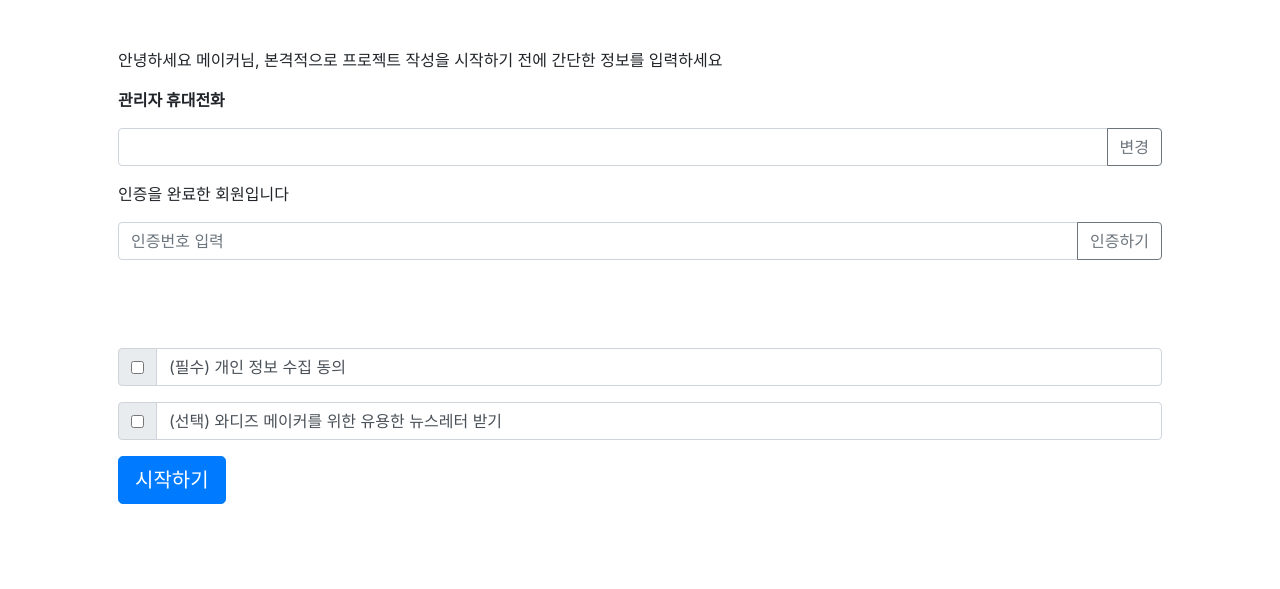
Repository: KIMJOOYEON97/springStudy
Page: http://localhost/interact_funding/WEB-INF/views/funding/fundingStart1.jsp
The author's editor kept a copy of each file at every save. The page is drawn from the files as they stood at one save, then again after the next save.
The browser window is 1280 px wide. The pictures show the whole page.
The page is served by Tomcat 9. Nobody is signed in. The template is opened directly, without the code that normally fills it, so the values that code supplies are empty.

Above is the page before, as saved 2021-06-07 11:54:59.

After the next save:
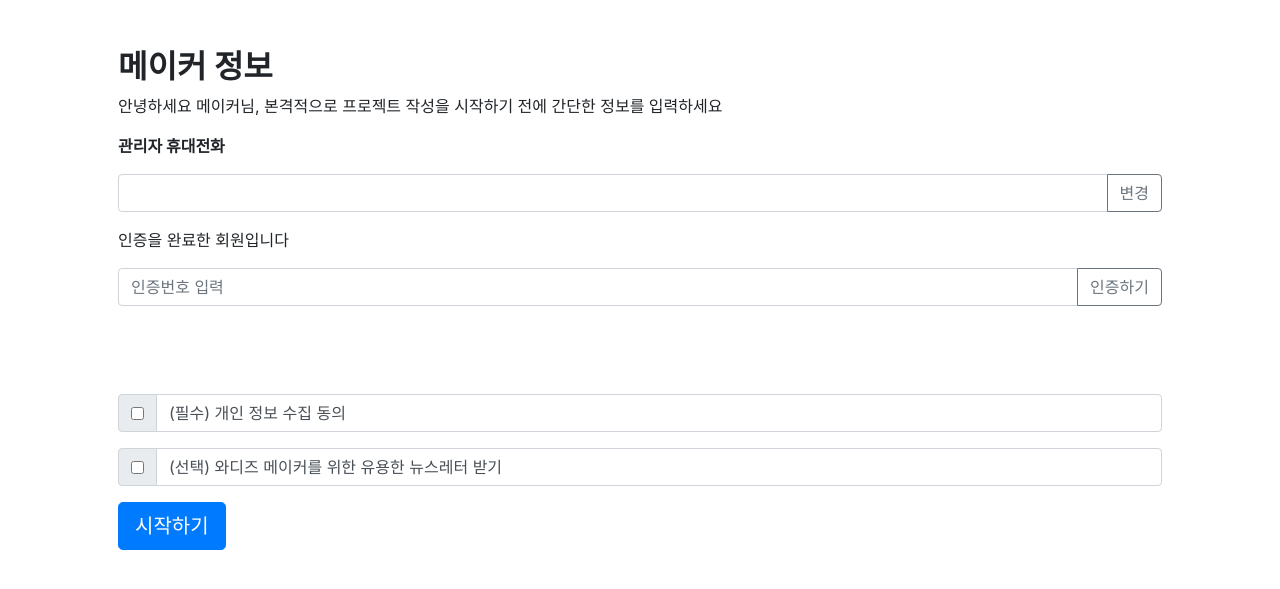
Saved 69 s later.
--- a/interact_funding/src/main/webapp/WEB-INF/views/funding/fundingStart1.jsp
+++ b/interact_funding/src/main/webapp/WEB-INF/views/funding/fundingStart1.jsp
@@ -19,6 +19,7 @@
     <section>
     <form id="insertMakerInfo">
         <div class ="container p-5">
+        	<h2><strong>메이커 정보</strong></h2>
             <p>안녕하세요 메이커님, 본격적으로 프로젝트 작성을 시작하기 전에 간단한 정보를 입력하세요</p>
 
 
